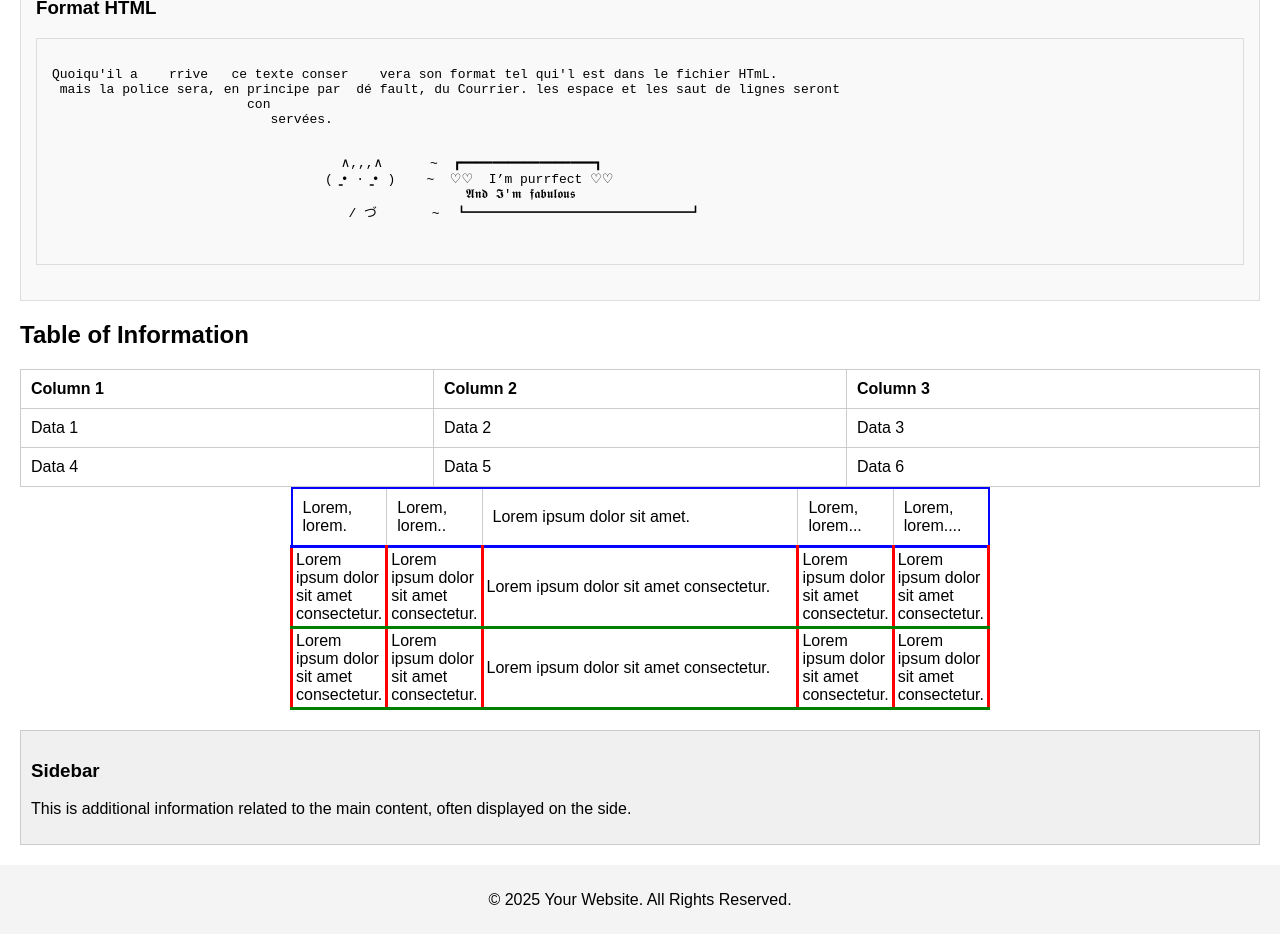
Repository: AnnaSpirit/2025_
Page: Bases/Base.html
An editor plug-in stored every save of this project. The page is shown before and after a run of saves, followed by the edit.
The browser window is 1280 px wide. The pictures show the part of the page from y = 2120 to 3072 px (the page is 3054 px tall before and 3072 px after).
A picture or video elsewhere on the page could not be fetched, so the positions and the page height are approximate.

Above is the page before, as saved 2025-01-09 11:13:02.
Not found: Bases/styles.css

After the next 3 saves:
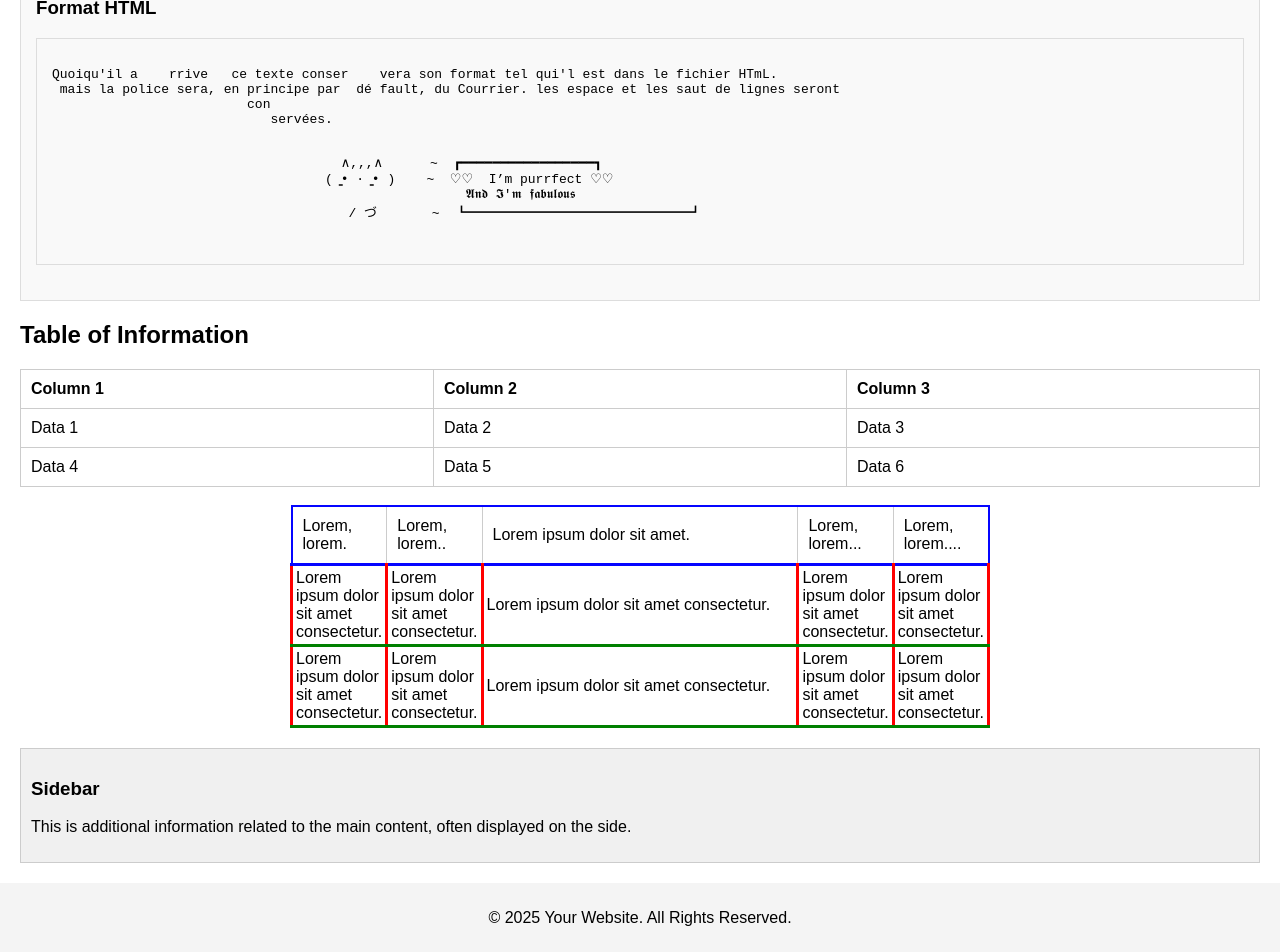
The 3 saves are shown as one change because they came seconds apart.
The last was saved 50 s later.
--- a/Bases/Base.html
+++ b/Bases/Base.html
@@ -198,7 +198,8 @@
 					</tr>
 				</tbody>
 			</table>
-
+<br
+<br
 			<!-- inserer un tableau de 5 sur 3 -->
 			<table
 				style="width: 700px; height: 100px; margin-left: auto; margin-right: auto; border: 2px solid #0505ff; border-collapse: collapse;">
